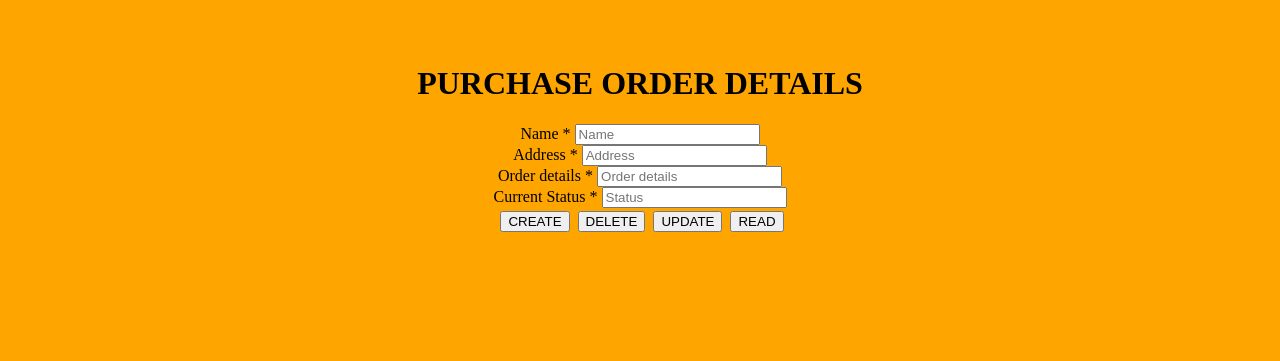
Repository: dhanasekar13/servlet
Page: shooping1/war/first.html
An editor plug-in stored every save of this project. The page is shown before and after the next save, followed by the edit.
The browser window is 1280 px wide. The pictures show the whole page.

Above is the page before, as saved 2017-05-10 10:35:10.

### shooping1/war/first.html
<!DOCTYPE html PUBLIC "-//W3C//DTD HTML 4.01 Transitional//EN" "http://www.w3.org/TR/html4/loose.dtd">

<html>
<body bgcolor="orange">
<center>
<form action="Shooping1" method="get">

<br>
<br>
<h1>PURCHASE ORDER DETAILS</h1>


   <label>Name *</label>
   <input type="text" id="firstname" name="firstname" placeholder="Name" required />

 <br>
   <label>Address *</label>
   <input type="text" id="lastname" name="lastname" placeholder="Address" required />
  <br>
   <label>Order details *</label>
   <input type="text" id="lastname" name="order" placeholder="Order details" />
  <br>
   <label>Current Status *</label>
   <input type="text" id="lastname" name="status" placeholder="Status"/>

<br>
<table>
<tr>
<td><input type="hidden" name="hide" value="1"></td>
<td><input type="submit" value="CREATE" /></td>

<td><input type="hidden" name="hide" value="2"></td>
<td><input type="submit" value="DELETE" /></td>

<td><input type="hidden" name="hide" value="3"></td>
<td><input type="submit" value="UPDATE" /></td>

<td><input type="hidden" name="hide" value="4"></td>
<td><input type="submit" value="READ" /></td>
</tr>
</table>
</form></center>

</body>

</html>

After the next save:
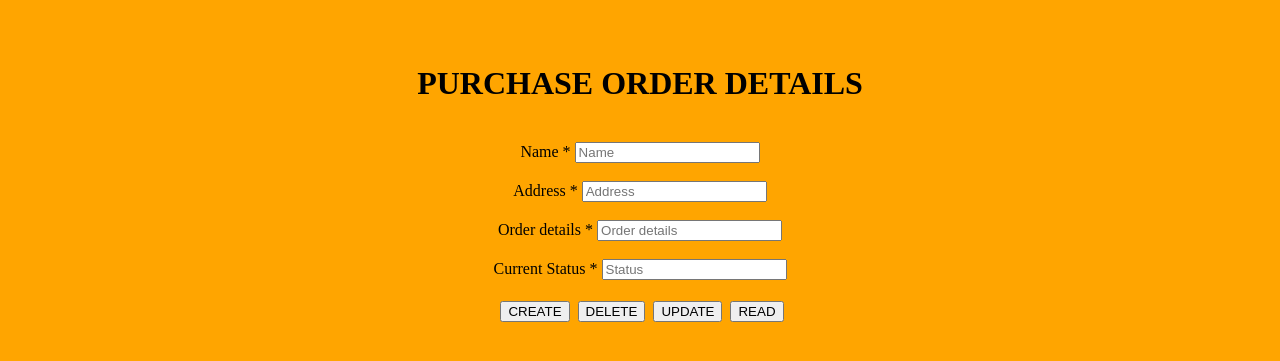
Saved 29 s later.
--- a/shooping1/war/first.html
+++ b/shooping1/war/first.html
@@ -8,21 +8,21 @@
 <br>
 <br>
 <h1>PURCHASE ORDER DETAILS</h1>
-
+<br>
 
    <label>Name *</label>
    <input type="text" id="firstname" name="firstname" placeholder="Name" required />
 
- <br>
+ <br><br>
    <label>Address *</label>
    <input type="text" id="lastname" name="lastname" placeholder="Address" required />
-  <br>
+  <br><br>
    <label>Order details *</label>
    <input type="text" id="lastname" name="order" placeholder="Order details" />
-  <br>
+  <br><br>
    <label>Current Status *</label>
    <input type="text" id="lastname" name="status" placeholder="Status"/>
-
+  <br>
 <br>
 <table>
 <tr>
